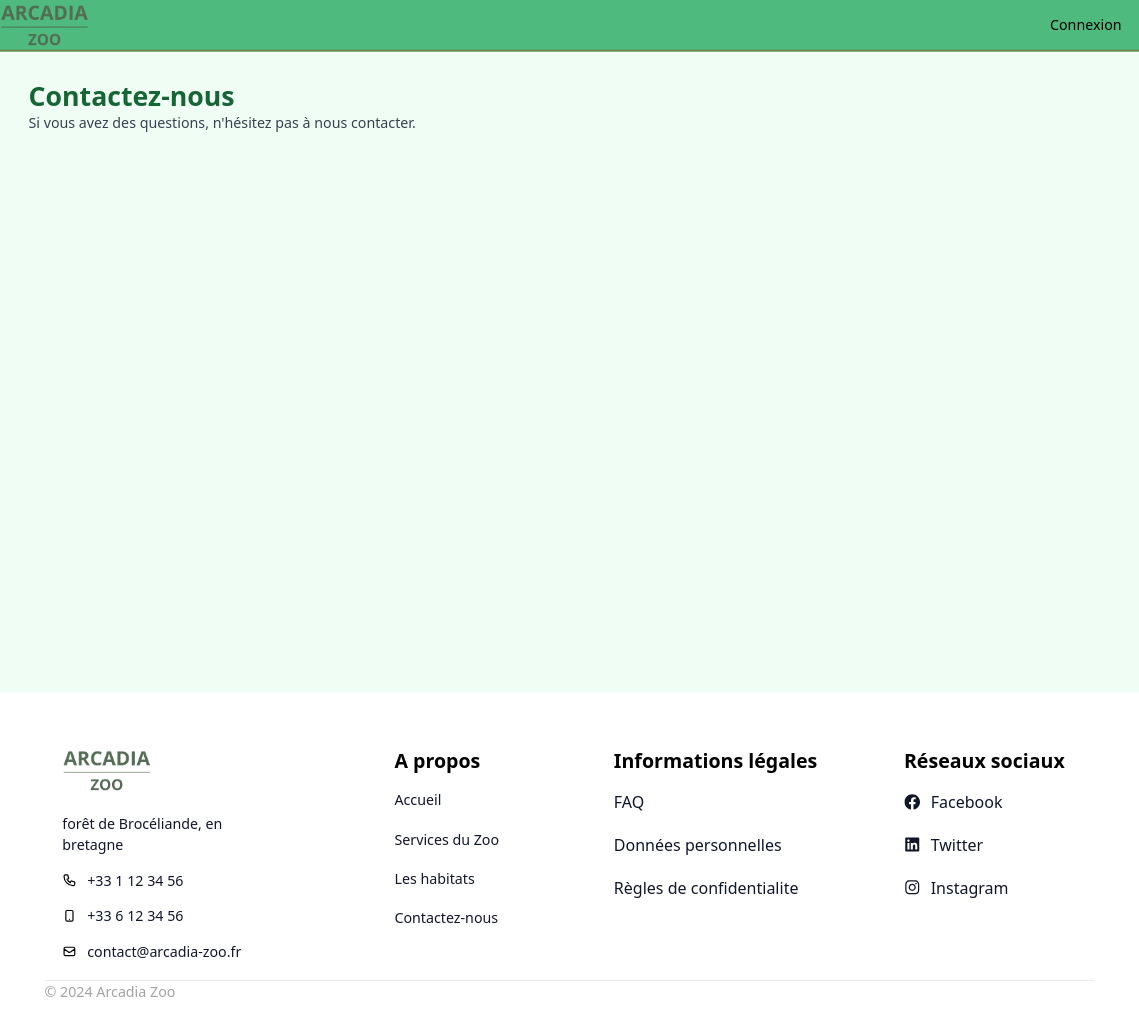
Repository: rdaa99/zoo-arcadia
Page: /contact
The author's editor kept a copy of each file at every save. The page is drawn from the files as they stood at one save, then again after the next save.
The browser window is 1280 px wide. The pictures show the whole page, at 89% of full size.
The project was rebuilt for these pictures with package versions that can differ from the ones it lists, and the page was loaded fresh each time. The framework's server and built-in components were replaced by stand-ins that run in the browser. Also part of the build but not shown: next.config.ts, components/organisms/Navbar/NavbarMobile.tsx, components/molecules/Button/TextButton.tsx.

Above is the page before, as saved 2024-11-18 22:20:49.

### app/layout.tsx
import type { Metadata } from "next";
import localFont from "next/font/local";
import "./globals.css";
import { Footer } from "@/components/organisms/Footer/Footer";
import { Navbar } from "@/components/organisms/Navbar/Navbar";
import { NavbarResponsive } from "@/components/organisms/Navbar/NavbarResponsive";

const geistSans = localFont({
  src: "../assets/fonts/GeistVF.woff",
  variable: "--font-geist-sans",
  weight: "100 900",
});
const geistMono = localFont({
  src: "../assets/fonts/GeistMonoVF.woff",
  variable: "--font-geist-mono",
  weight: "100 900",
});

export const metadata: Metadata = {
  title: "Create Next App",
  description: "Generated by create next app",
};

export default function RootLayout({
  children,
}: Readonly<{
  children: React.ReactNode;
}>) {
  return (
    <html lang="en">
      <body
        className={`${geistSans.variable} ${geistMono.variable} antialiased`}
      >
        <div className="sticky top-0 z-[400]">
          <NavbarResponsive />
        </div>
        {children}

        <div>
          <Footer />
        </div>
      </body>
    </html>
  );
}

### app/(pages)/contact/page.tsx
import { Button } from "flowbite-react";
import Image from "next/image";
import Link from "next/link";

export default function ContactPage() {
  return (
    <div className="bg-green-50 min-h-screen p-8">
      <h1 className="text-3xl font-bold text-green-800">Contactez-nous</h1>
      <p className="text-gray-700">
        Si vous avez des questions, n'hésitez pas à nous contacter.
      </p>
      {/* Ajoutez ici le formulaire ou d'autres éléments nécessaires */}
    </div>
  );
}

### components/organisms/Footer/Footer.tsx
'use client';

import { Footer as FlowbiteFooter } from 'flowbite-react';
import { FaFacebook, FaInstagram, FaLinkedin } from 'react-icons/fa';
import { HiOutlineDeviceMobile, HiOutlineMail, HiOutlinePhone } from 'react-icons/hi';
import { customFooterTheme } from './theme';
import { Logo } from '@/components/atoms/Logo';
import { useResponsive, DeviceSize } from '@/hooks/useResponsive';
import { Typography } from '@/components/atoms/Typography/Typography';

export const Footer = () => {
    const { deviceSize } = useResponsive();

    const adressList = [
        { name: "forêt de Brocéliande, en bretagne" },
        { name: "+33 1 12 34 56", icon: HiOutlinePhone },
        { name: "+33 6 12 34 56", icon: HiOutlineDeviceMobile },
        { name: "contact@arcadia-zoo.fr", icon: HiOutlineMail }
    ];

    const aboutList = [
        { name: "Accueil", link: '/' },
        {name: 'Services du Zoo', link: '/Services',},
        {name: 'Les habitats', link: '/Habitats',},
        {name: 'Contactez-nous', link: '/Contact',}
    ];

    const legalList = [
        { name: "FAQ", link: '/faq' },
        { name: "Données personnelles", link: '/donnees-personnelles' },
        { name: "Règles de confidentialite", link: '/regle-confidentialite' }
    ];

    const socialList = [
        { name: "Facebook", icon: FaFacebook, link: '#' },
        { name: "Twitter", icon: FaLinkedin, link: '#' },
        { name: "Instagram", icon: FaInstagram, link: '#' },
    ];


    let footerSize = '';
    if (deviceSize <= DeviceSize.sm) {
        footerSize = 'max-w-screen-sm';
    } else if (deviceSize < DeviceSize.lg) {
        footerSize = 'max-w-screen-lg';
    } else if (deviceSize > DeviceSize.lg) {
        footerSize = 'xl:w-[1180px] w-auto';
    }

    const footerWidth =
        deviceSize <= DeviceSize.md
        ? 'w-[350px]'
        : deviceSize <= DeviceSize.lg
            ? 'w-52'
            : deviceSize <= DeviceSize.xl
            ? 'w-[300px]'
            : 'w-[350px]';

    return (
        <FlowbiteFooter container={true} theme={customFooterTheme}>
        <div className={`${footerSize}  grid md:grid-cols-4 md:gap-x-7 gap-y-5 md:gap-y-0`}>
        <div className="grid grid-cols-1 md:content-start justify-items-center md:justify-items-start gap-y-5 p-5">
            <Logo />
            <div className="flex items-center md:items-start flex-col md:gap-y-4 gap-y-3">
            {adressList.map((list, index) => (
                <div className={`flex items-center gap-x-3 text-primary-900`} key={index}>
                {list.icon && <list.icon />}
                <Typography customClassName="text-base font-normal text-start text-slate-900" fontFamily="secondary">
                    {list.name}
                </Typography>
                </div>
            ))}
            </div>
        </div>
        <div className={`grid md:justify-around md:content-start md:justify-items-start justify-items-center gap-y-4 p-5 ${footerWidth}`}>
            <FlowbiteFooter.Title theme={customFooterTheme.title} title="A propos" />
            <FlowbiteFooter.LinkGroup theme={customFooterTheme.groupLink}>
            {aboutList.map((list, index) => (
                <FlowbiteFooter.Link theme={customFooterTheme.groupLink.link} key={index} href={list.link}>
                    <Typography customClassName="flex items-center text-base font-normal" fontFamily="secondary">
                    {list.name}
                    </Typography>
                </FlowbiteFooter.Link>
            ))}
            </FlowbiteFooter.LinkGroup>
        </div>
        <div className={`grid md:justify-around md:content-start md:justify-items-start justify-items-center gap-y-4 p-5 ${footerWidth}`}>
            <FlowbiteFooter.Title theme={customFooterTheme.title} title="Informations légales" />
            <FlowbiteFooter.LinkGroup theme={customFooterTheme.groupLink}>
            {legalList.map((list, index) => (
                <FlowbiteFooter.Link theme={customFooterTheme.groupLink.link} key={index} href={list.link}>
                    {list.name}
                </FlowbiteFooter.Link>
            ))}
            </FlowbiteFooter.LinkGroup>
        </div>
        <div className={`grid md:justify-around md:content-start md:justify-items-start justify-items-center gap-y-4 p-5 ${footerWidth}`}>
            <FlowbiteFooter.Title theme={customFooterTheme.title} title="Réseaux sociaux" />
            <FlowbiteFooter.LinkGroup theme={customFooterTheme.groupLink}>
            {socialList.map((list, index) => (
                <FlowbiteFooter.Link theme={customFooterTheme.groupLink.link} key={index} href={list.link}>
                <div className={`flex items-center gap-x-3`}>
                    {list.icon && <list.icon />}
                    {list.name}
                </div>
                </FlowbiteFooter.Link>
            ))}
            </FlowbiteFooter.LinkGroup>
        </div>
        </div>
        <FlowbiteFooter.Divider />
        <div className="max-w-screen-md md:w-[1180px] grid grid-rows-1 md:justify-start justify-center">
        <FlowbiteFooter.Copyright theme={customFooterTheme.copyright} by=" Arcadia Zoo" year={new Date().getFullYear()} />
        </div>
    </FlowbiteFooter>
    );
};

### components/organisms/Navbar/NavbarResponsive.tsx
'use client';

import { DeviceSize, useResponsive } from "@/hooks/useResponsive";
import { NavbarMobile } from "./NavbarMobile";
import { Navbar } from "./Navbar";

export const NavbarResponsive = () => {
  const { deviceSize } = useResponsive();

  if (!deviceSize) {
    return null; // ou un loader pendant le calcul
  }

  return deviceSize <= DeviceSize.lg ? <NavbarMobile /> : <Navbar />;
};

### components/organisms/Footer/theme.tsx
import { FlowbiteFooterTheme } from 'flowbite-react';

export const customFooterTheme: FlowbiteFooterTheme = {
  root: {
    base: 'grid pt-10 md:pt-10 justify-center bg-zinc-50 lg:px-0 md:px-10 px-0 bg-secondary-50',
    container: '',
    bgDark: ''
  },
  groupLink: {
    base: 'grid md:gap-y-5 gap-y-3 items-center justify-items-center md:justify-items-start',
    link: {
      base: 'text-lg leading-7 text-slate-900',
      href: ''
    },
    col: ''
  },
  icon: {
    base: 'text-red-500 dark:hover:text-white',
    size: 'h-9 w-9'
  },
  title: {
    base: 'text-primary-700 text-[22px] normal-case font-bold'
  },
  divider: {
    base: 'md:w-full md:border-stone-300 p-5'
  },
  copyright: {
    base: 'w-full text-base text-neutral-400 md:mb-9 mb-4',
    href: '',
    span: ''
  },
  brand: {
    base: 'mb-4',
    img: 'mr-3 h-8',
    span: 'self-center whitespace-nowrap text-2xl font-semibold text-red-800'
  }
};

### hooks/useResponsive.ts
'use client';

import { useEffect, useState } from 'react';

export enum DeviceSize {
  sm = 640,
  md = 768,
  lg = 1024,
  xl = 1280
}

export const useResponsive = () => {
  const [deviceSize, setDeviceSize] = useState(DeviceSize.xl);

  useEffect(() => {
    const checkScreenSize = () => {
      if (window.innerWidth <= DeviceSize.sm) {
        setDeviceSize(DeviceSize.sm);
      } else if (window.innerWidth <= DeviceSize.md) {
        setDeviceSize(DeviceSize.md);
      } else if (window.innerWidth < DeviceSize.lg) {
        setDeviceSize(DeviceSize.lg);
      } else {
        setDeviceSize(DeviceSize.xl);
      }
    };
    checkScreenSize();

    window.addEventListener('resize', checkScreenSize);

    return () => window.removeEventListener('resize', checkScreenSize);
  }, []);

  return { deviceSize };
};

### components/atoms/Typography/Typography.tsx
import React from 'react';

import clsxm from '@/utils/clsxm';
import { MarginRestrictedClassnames } from '@/utils/tailwind';

import { BreakWords, FontFamily, FontWeight, Gradiant, HTMLTag, TextAlign, TextColor, TextTransform, VariantType } from './interface';

type Shade = '50' | '100' | '200' | '300' | '400' | '500' | '600' | '700' | '800' | '900';

export type Props = {
  children: React.ReactNode;
  variant?: VariantType;
  tag?: HTMLTag;
  align?: TextAlign;
  breakWords?: BreakWords;
  ellipsis?: boolean;
  onClick?: () => void;
  transform?: TextTransform;
  weight?: FontWeight;
  color?: TextColor;
  gradiant?: Gradiant;
  customColor?: string;
  withCarriageReturn?: boolean;
  customColorClass?: `text-${TextColor}-${Shade}`;
  customClassName?: string;
  marginClassName?: MarginRestrictedClassnames;
  fontFamily?: FontFamily;
};

export const VARIANT_TO_TAG: Record<VariantType, HTMLTag> = {
  bigTitle: 'h1',
  heroTitle: 'h1',
  h1: 'h1',
  h2: 'h2',
  h3: 'h3',
  h4: 'h4',
  h5: 'h5',
  cardTitle: 'h3',
  componentTitle: 'h2',
  componentSmallTitle: 'h3',
  small: 'p',
  paragraph: 'p',
  paragraph2: 'p',
  paragraph3: 'p',
  formTitle: 'p',
  extraSmall: 'p'
};

export const Typography = ({
  children,
  variant,
  tag,
  align,
  breakWords,
  ellipsis = false,
  onClick = () => undefined,
  weight,
  transform,
  color,
  gradiant,
  customColor,
  customColorClass,
  withCarriageReturn,
  marginClassName,
  customClassName,
  fontFamily
}: Props) => {
  const CustomTag = tag ? tag : (variant && VARIANT_TO_TAG[variant]) || 'p';
  const appliedColor = customColor || undefined;

  return (
    <CustomTag
      data-testid="typography"
      style={{ color: appliedColor }}
      className={clsxm(
        'align-left font-normal ',
        marginClassName,
        customClassName,
        [
          variant === 'bigTitle' && 'lg:text-[56px] lg:leading-[58px] font-bold text-[38px] leading-[40px]',
          variant === 'heroTitle' && 'font-medium text-[34px] leading-[34px] md:text-[58px] md:leading-[58px]',
          variant === 'h1' && 'font-900 text-2xl md:text-3xl lg:text-4xl',
          variant === 'h2' && 'font-900 text-xl md:text-2xl',
          variant === 'h3' && 'font-900 text-md md:text-xl leading-6',
          variant === 'h4' && 'font-900 text-md',
          variant === 'h5' && 'font-900 text-sm',
          variant === 'componentTitle' && 'md:text-[52px] md:leading-[62px] font-normal text-[32px] leading-[36px]',
          variant === 'componentSmallTitle' && 'md:text-[22px] md:leading-[29px] font-semibold text-xl',
          variant === 'cardTitle' && 'text-base font-semibold',
          variant === 'paragraph' && 'font-normal text-base leading-[22px]',
          variant === 'paragraph2' && 'font-normal text-lg',
          variant === 'paragraph3' && 'font-normal text-base md:text-lg',
          variant === 'small' && 'md:text-base text-sm',
          variant === 'extraSmall' && 'text-[10px] leading-3'
        ],
        [breakWords === 'all' && 'break-all', breakWords === 'words' && 'break-words', breakWords === 'normal' && 'break-normal'],
        ellipsis && 'truncate',
        [
          align === 'left' && 'text-left',
          align === 'center' && 'text-center',
          align === 'right' && 'text-right',
          align === 'justify' && 'text-justify'
        ],
        [transform === 'capitalize' && 'capitalize', transform === 'uppercase' && 'uppercase', transform === 'lowercase' && 'lowercase'],
        [
          weight === 'light' && 'font-light',
          weight === 'regular' && 'font-normal',
          weight === 'medium' && 'font-medium',
          weight === 'semibold' && 'font-semibold',
          weight === 'bold' && 'font-bold',
          weight === 'extrabold' && 'font-extrabold'
        ],
        [
          color === 'primary' && 'text-primary-500',
          color === 'secondary' && 'text-secondary-500',
          color === 'gray' && 'text-gray-700',
          color === 'darkGray' && 'text-[#6D6D88]',
          color === 'lightGray' && 'text-[#9393A8]',
          color === 'white' && 'text-white',
          color === 'black' && 'text-black',
          color === 'red' && 'text-[#EF4343]',
          color === 'orange' && 'text-orange-500',
          color === 'blue' && 'text-[#140B7C]',
          color === 'success' && 'text-[#2CB661]',
          color === 'dark' && 'text-primary-800'
        ],
        [
          gradiant === 'primary' &&
            'from-secondary-600 via-primary-500 to-secondary-500 animate-text bg-gradient-to-r bg-clip-text text-transparent font-black',
          gradiant === 'secondary' &&
            'from-blue-600 via-[#140B7C] to-white animate-text bg-gradient-to-r bg-clip-text text-transparent font-black',
          gradiant === 'tertiary' &&
            'bg-[conic-gradient(at_top,_var(--tw-gradient-stops))] from-primary-800 via-red-400/60 to-secondary-700 animate-text bg-clip-text text-transparent font-black',
          gradiant === 'quatro' &&
            'bg-[radial-gradient(ellipse_at_top,_var(--tw-gradient-stops))] from-amber-700 via-orange-400 to-rose-800 animate-text bg-clip-text text-transparent font-black',
          gradiant === 'cinquo' && 'bg-gradient-to-r from-white to-slate-600 animate-text bg-clip-text text-transparent font-black',
          gradiant === 'star' && 'bg-gradient-to-r from-white to-slate-300 animate-text bg-clip-text text-transparent font-black'
        ],
        [
          fontFamily === 'primary',
          fontFamily === 'secondary',
        ],
        customColorClass && customColorClass,
        withCarriageReturn && 'whitespace-pre-line'
      )}
      onClick={onClick}
    >
      {children}
    </CustomTag>
  );
};

### components/organisms/Navbar/Navbar.tsx
"use client"; // Ajouter cette directive au début du fichier
import { Navbar as FlowbiteNavbar } from "flowbite-react";
import Link from "next/link";
import { usePathname } from "next/navigation";
import { useState, useEffect } from "react";

import { Logo } from "@/components/atoms/Logo";
import { Typography } from "@/components/atoms/Typography";
import { Button } from "@/components/molecules/Button";

import { customNavbarTheme } from "./theme";

export const Navbar = () => {
  const pathname = usePathname();
  const [shadow, setShadow] = useState<number>(0);
  const scrollThreshold = 50;

  const navbarList = [
    { name: "Accueil", link: "/" },
    { name: "Services", link: "/service" },
    { name: "Habitats", link: "/habitat" },
    { name: "Contact", link: "/contact" },
  ];

  useEffect(() => {
    const handleScroll = () => {
      setShadow(window.scrollY);
    };

    window.addEventListener("scroll", handleScroll);
    return () => {
      window.removeEventListener("scroll", handleScroll);
    };
  }, []);

  return (
    <FlowbiteNavbar
      className={`transition-shadow duration-300 ${
        shadow > scrollThreshold ? "shadow-[0_4px_10px_rgba(0,0,0,0.2)]" : ""
      }`}
      style={{
        backgroundColor: "rgba(60, 179, 113, 0.9)", // Vert moyen
        borderBottom: "2px solid rgba(139, 69, 19, 0.5)", // Bordure marron clair
      }}
    >
      <Logo />
      <FlowbiteNavbar.Collapse>
        <div className="flex flex-row gap-x-16">
          {navbarList.map((page) => (
            <FlowbiteNavbar.Link as={Link} href={page.link} key={page.name}>
              <Typography
                customClassName={`hover:text-[#FFD700] hover:border-b-2 text-base ${
                  pathname === page.link ? "border-b-2 border-primary-700" : ""
                }`}
                color="dark"
              >
                {page.name}
              </Typography>
            </FlowbiteNavbar.Link>
          ))}
        </div>
      </FlowbiteNavbar.Collapse>
      <Button size="s" color="primary" href="/connexion">
        Connexion
      </Button>
    </FlowbiteNavbar>
  );
};

### components/atoms/Logo/Logo.tsx
import Image from 'next/image';
import Link from 'next/link';
import React from 'react';

export interface LogoProps {
  redirectUrl?: string;
  src?: string;
}

export const Logo = ({
  redirectUrl = '/',
  src = '/images/arcadia-logo-2.webp', // Chemin relatif à partir de "public"
}: LogoProps) => {
  return (
    <Link href={redirectUrl}>
      <Image width={100} height={45} src={src} alt="logo of arcadia zoo" />
    </Link>
  );
};

### utils/clsxm.ts
import clsx, { ClassValue } from "clsx";
import { twMerge } from "tailwind-merge";

/** Merge classes with tailwind-merge with clsx full feature */
export default function clsxm(...classes: ClassValue[]) {
  return twMerge(clsx(...classes));
}

### components/molecules/Button/index.ts
export * from './Button';
export * from './TextButton';

### components/molecules/Button/Button.tsx
import Link from 'next/link';
import * as React from 'react';
import clsxm from '@/utils/clsxm';

type ButtonColor = 'primary' | 'secondary';
type ButtonVariant = 'transparent' | 'underline' | 'outline';
export type ButtonSize = 'xs' | 's' | 'm' | 'l' | 'xl';

type ButtonProps = {
  color?: ButtonColor;
  variant?: ButtonVariant;
  size?: ButtonSize;
  href?: string;
} & React.ButtonHTMLAttributes<HTMLButtonElement> & {
  as?: React.ElementType;  // Ajout de la prop 'as' dynamique
};

export const Button = React.forwardRef<HTMLElement, ButtonProps>(
  ({ children, className, color = 'primary', variant, size = 's', type = 'button', href, as = 'button', ...props }, ref) => {
    // Déterminer l'élément à rendre en fonction de la prop 'as'
    let Component = as;

    // Si 'href' est défini, utiliser Link pour une URL interne ou 'a' pour un lien externe
    if (href) {
      Component = href.startsWith('/') ? Link : 'a';
    }

    // Appliquer dynamiquement les classes et autres props
    return (
      <Component
        ref={ref}
        type={type}
        href={href} // Passe l'attribut href si nécessaire
        className={clsxm(
          'flex items-center justify-center gap-2 rounded-md text-base focus:outline-none focus-visible:ring focus-visible:ring-primary-500 hover:bg-primary-500',
          className, // Les classes passées en props
          //*=========== Size ===========
          [
            size === 's' && 'w-[120px] h-9',
            size === 'm' && 'w-[270px] h-11',
            size === 'l' && 'w-full h-11'
          ],
          //*=========== Colors ===========
          [
            color === 'primary' && 'bg-primary-500 hover:bg-primary-600 disabled:bg-gray-200 focus:ring-transparent enabled:hover:bg-primary-500',
            color === 'secondary' && 'bg-secondary-700 text-white hover:border-secondary-700 hover:border-2 shadow-none hover:bg-secondary-50 hover:text-secondary-700 disabled:bg-gray-200 focus:ring-transparent enabled:hover:bg-transparent'
          ],
          //*=========== Variants ===========
          [
            variant === 'transparent' && 'bg-transparent enabled:hover:bg-transparent',
            variant === 'underline' && 'bg-transparent underline enabled:hover:bg-transparent',
            variant === 'outline' && 'bg-white enabled:hover:bg-white border border-primary-500 justify-center hover:shadow-sm'
          ]
        )}
        {...props}
      >
        {children}
      </Component>
    );
  }
);

Button.displayName = 'Button';

### components/organisms/Navbar/theme.tsx
import { FlowbiteNavbarTheme } from "flowbite-react";

export const customNavbarTheme = (
  isOpen: boolean | undefined
): FlowbiteNavbarTheme => ({
  root: {
    base: "px-4 w-full bg-secondary-50 flex flex-row justify-center",
    rounded: {
      on: "rounded",
      off: "",
    },
    bordered: {
      on: "",
      off: "",
    },
    inner: {
      base: "w-full flex justify-between items-center",
      fluid: {
        on: "",
        off: "",
      },
    },
  },
  brand: {
    base: "",
  },
  collapse: {
    base: "w-full lg:block lg:w-auto h-screen lg:h-auto mt-16 lg:mt-0",
    list: "flex flex-col lg:flex-row lg:space-x-8 lg:font-medium lg:items-center gap-y-10 lg:gap-y-0",
    hidden: {
      on: "hidden",
      off: "",
    },
  },
  link: {
    base: "hover:text-secondary-700 hover:border-b-2",
    active: {
      on: "",
      off: "",
    },
    disabled: {
      on: "",
      off: "",
    },
  },
  toggle: {
    base: `text-primary-500 rounded-[10px] lg:hidden ${
      isOpen === true ? "bg-primary-100" : "bg-transparent"
    }`, // Clean base styles for the toggle
    icon: "h-[42px] w-[42px] shrink-0", // Icon only, no extra styles or content
  },
});

Loaded but not shown: app/globals.css (common file); components/atoms/Logo/index.ts (common file); components/atoms/Typography/index.ts (common file); tailwind.config.ts (common file)

After the next save:
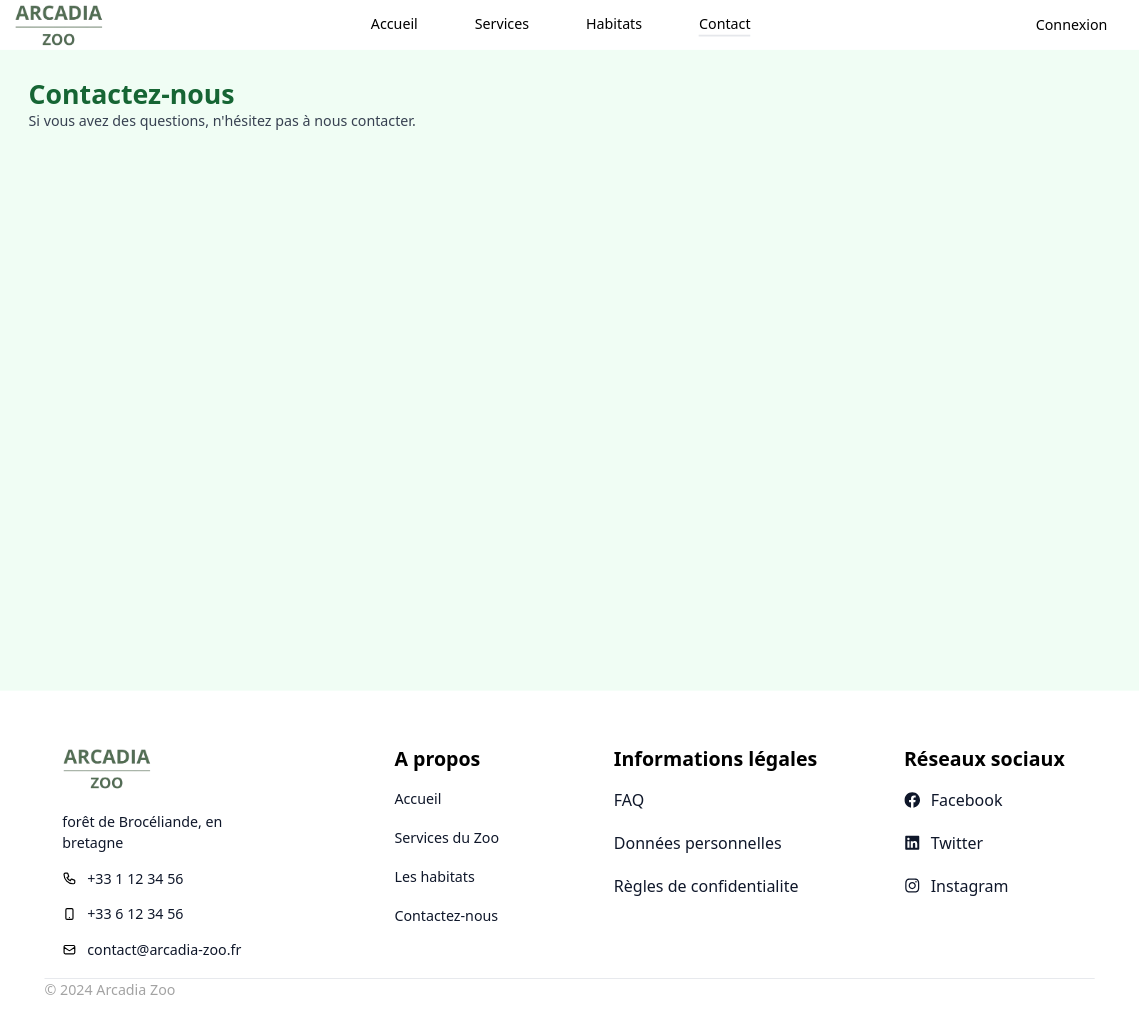
Saved 3 min 11 s later.
--- a/components/organisms/Navbar/Navbar.tsx
+++ b/components/organisms/Navbar/Navbar.tsx
@@ -35,21 +35,21 @@ export const Navbar = () => {
 
   return (
     <FlowbiteNavbar
+      theme={customNavbarTheme(undefined)}
       className={`transition-shadow duration-300 ${
-        shadow > scrollThreshold ? "shadow-[0_4px_10px_rgba(0,0,0,0.2)]" : ""
+        shadow > scrollThreshold
+          ? "shadow-[0_0px_5px_2px_rgba(212,212,212,1)]"
+          : ""
       }`}
-      style={{
-        backgroundColor: "rgba(60, 179, 113, 0.9)", // Vert moyen
-        borderBottom: "2px solid rgba(139, 69, 19, 0.5)", // Bordure marron clair
-      }}
     >
+      {/* <div className='w-[120px]'><Logo /></div> */}
       <Logo />
       <FlowbiteNavbar.Collapse>
         <div className="flex flex-row gap-x-16">
           {navbarList.map((page) => (
             <FlowbiteNavbar.Link as={Link} href={page.link} key={page.name}>
               <Typography
-                customClassName={`hover:text-[#FFD700] hover:border-b-2 text-base ${
+                customClassName={`hover:border-primary-400 hover:border-b-2  text-base ${
                   pathname === page.link ? "border-b-2 border-primary-700" : ""
                 }`}
                 color="dark"
